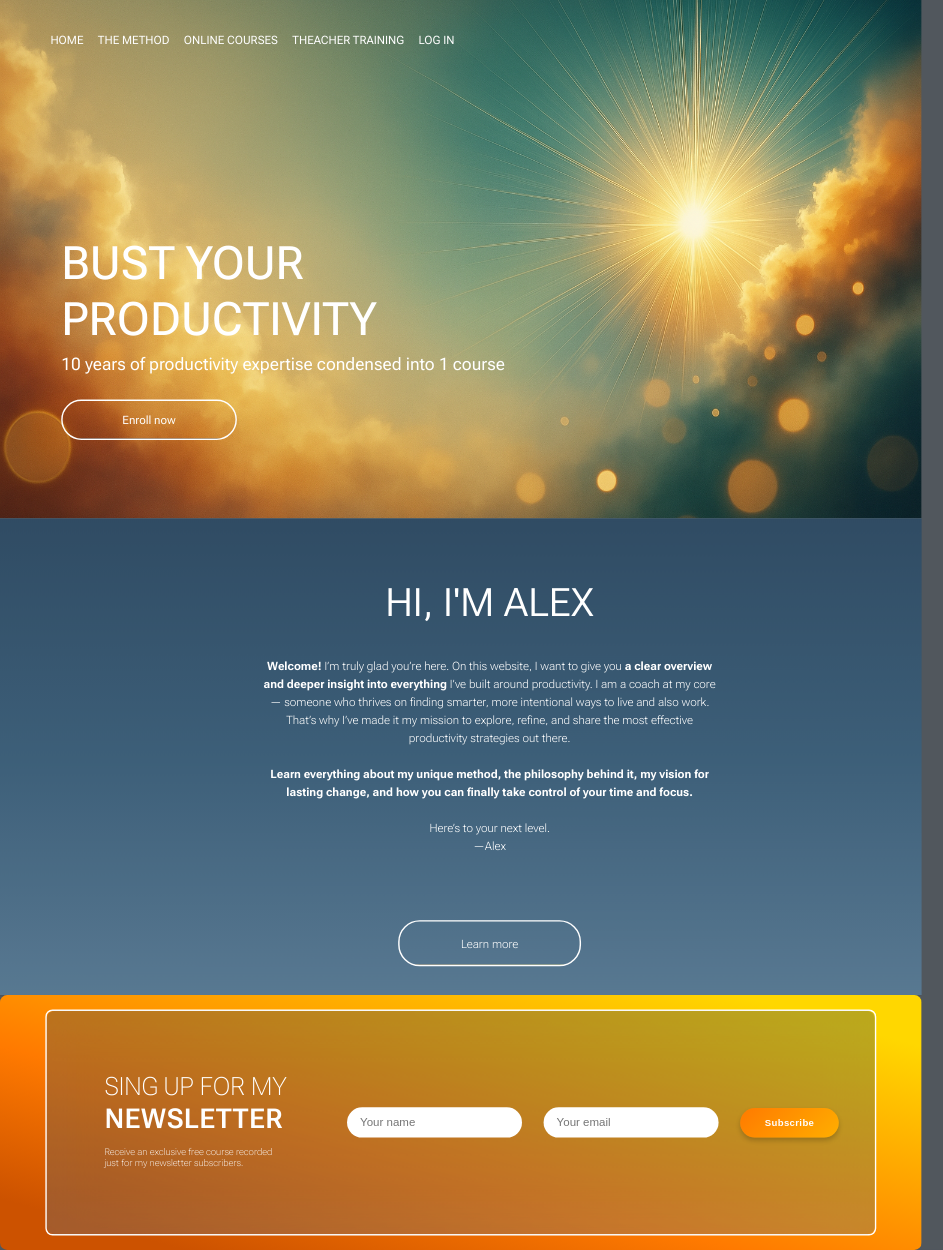
Repository: Parnicoza/testecomplete
Page: Productivity.copie.html
The author's editor kept a copy of each file at every save. The page is drawn from the files as they stood at one save, then again after the next save.
The browser window is 1280 px wide. The page is 1310 px wide, then 1280 px, then 1310 px, so the pictures cover 1310 px, including what lies to the right of the window. The pictures show the whole page, at 72% of full size.

Above is the page before, as saved 2025-05-29 12:57:11.

### Productivity.copie.html
<!DOCTYPE html>
<html lang="en">

<head>
    <meta charset="utf-8">
    <title>Productivity</title>
    <link rel="stylesheet" href="stilizaretestcomplet-14.css">
    <link rel="icon" href="imaginitestecomplete/dashboard.ico">
    <link rel="stylesheet" href="peoductivitate.css">
    <meta name="viewport" content="width=device-width, initial-scale=1.0">
    <meta charset="UTF-8">
    <link rel="preconnect" href="https://fonts.googleapis.com">
    <link rel="preconnect" href="https://fonts.gstatic.com" crossorigin>
    <link href="https://fonts.googleapis.com/css2?family=Roboto+Flex:opsz,wght@8..144,100..1000&display=swap"
        rel="stylesheet">
</head>

<body>
    <header>
        <nav>
            <ul class="nav-links">
                <li><a href="">HOME</a></li>
                <li><a href="">THE METHOD </a></li>
                <li><a href="">ONLINE COURSES</a></li>
                <li><a href="">THEACHER TRAINING</a></li>
                <li><a href="">LOG IN</a></li>
            </ul>
        </nav>
    </header>
    <div class="hero-section">
        <!--Acest div este pentru a separa, cu un background , the intro of the page ,cum ar venii , fata de restul paginii-->
        <figure>
            <h1 class="main-heading-pentru-productivity"> Bust Your <br>
                Productivity</h1>
            <figcaption class="caption-for-the-heading">10 years of productivity expertise condensed into 1 course
            </figcaption>
            <a class="button" href="https://www.maltemartenmethod.com/"><span>Enroll now</span></a>
        </figure>
    </div>

    <div class="background-after-hero"
        style="background: linear-gradient(to bottom, #1e3c56, #2c516d, #4a6d88), rgba(255, 255, 255, 0.08); background-blend-mode: overlay; padding: 40px; margin-top: 0;">
        <div class="HIIAMALEX">
            <h2>HI, I'M ALEX</h2>
            <p>
                <b>Welcome!</b> I’m truly glad you’re here. On this website, I want to give you <b>a clear overview and
                    deeper insight into everything</b> I’ve built around productivity. I am a coach at my core — someone
                who thrives on finding smarter, more intentional ways to live and also work. That’s why I’ve made it my
                mission to explore, refine, and share the most effective productivity strategies out there.<br>

                <br><b>Learn everything about my unique method, the philosophy behind it, my vision for lasting change,
                    and how you can finally take control of your time and focus.</b><br>

                <br>Here’s to your next level.<br>
                —Alex
                <a class="learn-more-btn" href="https://www.maltemartenmethod.com/"><span>Learn more</span></a>
            </p>
        </div>
    </div>

    <div class="newsletter"><!--ACESTA ESTE BACKROUND-UL , DIN SPATE , CEL CU ROSU-->
        <div class="newsletter-text"><!--ACESTA ESTE BORDERUL/BACKGROUND-UL CU BORDER-->
            <div class="newsletter-overlay"></div>
            <div class="text">
                <!--ACEST DIV ESTE PENTRU TEXTUL PROPRIU ZIS , AICI PUN TEXTUL SI MA OC CU PROPRIETATILE LUI-->
                <p class="singup">
                    SING UP FOR MY<br>
                    <span class="span">NEWSLETTER</span><br>
                    <span style="font-size: small; display: inline-block;margin-top: 15px;">
                        Receive an exclusive free course recorded<br>
                        just for my newsletter subscribers.
                    </span>
                </p>
                <form class="newsletter-form-row">
                    <input type="text"  placeholder="Your name" required>
                    <input type="email" placeholder="Your email" required>
                    <button type="submit">Subscribe</button>
                </form>
            </div>
        </div>
    </div>
</body>

</html>

### peoductivitate.css
html,body{overflow-x:hidden;}
body{
    font-family: "Roboto Flex", sans-serif;
    margin: 0;
}

.hero-section{
    height: 100vh;
    display: flex;
    align-items: center;
    background-image: url('imaginitestecomplete/sky.png');
    background-position: center;
    background-size: cover;
    background-repeat: no-repeat;
    /* A RAMAS SA PUN BACKGROUND */
    background-size: cover;
    background-position: center;
    background-repeat: no-repeat;
    margin-bottom: 0;
    width: 100%;
}

.background-after-hero {
    background: linear-gradient(to bottom, #1e3c56, #2c516d, #4a6d88), rgba(255, 255, 255, 0.08);
    background-blend-mode: overlay;
    padding: 40px;
    margin-top: 0;
    min-height: 60vh;
    width: 100%;
    overflow-x: hidden;

}

nav{
    position: absolute;
    width: 100%;
    z-index: 1000;
    margin: 30px;
}

.nav-links{
    list-style-type: none;
    display: flex;
    justify-content: flex-start;
    gap: 20px;
}

.nav-links li a{
    text-decoration: none;
    color: white;
}

.main-heading-pentru-productivity{
    text-transform: uppercase;
    font-size: 4rem;
    color: white;
    text-align: left;
    line-height: 1.2em;
    margin-top: 220px;
    margin-left: 45px;
    margin-bottom: 10px;
    font-weight: 450;
}

.caption-for-the-heading{
    display: inline-block;
    text-align: left;
    margin-left: 45px;
    font-size: x-large;
    color: white;
}

.HIIAMALEX{
    color: white;
    text-align: center;
}

.HIIAMALEX h2{
    font-weight: 330;
    font-size: 3.4em;
}

.HIIAMALEX p{
    font-weight: 200;
    width: 50%;
    text-align: center;
    margin: 0 auto;
    line-height: 25px;
}

.button{
    background: transparent;
   border: 2px solid white;
    border-radius: 30px;
    display: flex;
    justify-content: center;
    align-items: center;
    text-align: center;
    width: 240px;
    height: 52px;
    margin-top: 35px;
    margin-left: 45px;
    color: white;
    text-decoration: none;
    position: relative;
    overflow: hidden;
    z-index: 1;
}

.button::before {
    content: "";
    position: absolute;
    bottom: -100%;         /* de jos, complet ascuns la început */
    left: 0;
    width: 100%;
    height: 100%;
    background: linear-gradient(to bottom, #1e3c56, #2c516d, #4a6d88), rgba(255, 255, 255, 0.08);
    transition: bottom 0.4s ease;
    z-index: 0;
}
.button:hover::before {
    bottom: 0;  /* se ridică complet peste buton */
}
.button span {
    position: relative;
    z-index: 2;
}

.learn-more-btn{
    background: transparent;
    border: 2px solid white;
    border-radius: 30px;
    display: flex;
    align-items: center;
    justify-content: center;
    text-align: center;
    width: 250px;
    height: 60px;
    margin: 0 auto;
    position: relative;
    overflow: hidden;
    z-index: 1;
    color: white;
    text-decoration: none;
    margin-top: 90px;
}

.learn-more-btn::before{
    content: "";
    position: absolute;
    bottom: -100%;         /* de jos, complet ascuns la început */
    left: 0;
    width: 100%;
    height: 100%;
    background: linear-gradient(to top right, #cc5200 10%, #ff7a00 40%, #ffd700 90%);
    transition: bottom 0.4s ease;
    z-index: 0;
}

.learn-more-btn:hover::before{
    bottom: 0;  /* se ridică complet peste buton */
}

.learn-more-btn span{
    position: relative;
    z-index: 2;
}

.newsletter{
    background: linear-gradient(to top right, #cc5200 10%, #ff7a00 40%, #ffd700 90%);
    min-height: 45vh;
    display: flex;
    justify-content: center;
    align-items: center;
    flex-direction: column;
    width: 100%;
    border-radius: 10px;
}
.singup {
    color: white;
    font-size: 35px;
    font-weight: 100;
    text-align: left;
    margin-left: 30px;
    line-height: 1.2;
}
.span {
    display: inline-block;
    font-weight: 600;
    width: 250px;
    text-align: left;
    font-size: 38px;
    letter-spacing: 0.5px;
}

.newsletter-text{
    border: 2px solid white;
    width: 90%;
    max-width: 1150px;
    margin: 20px auto;
    position: relative;
    border-radius: 10px;

}
.text{
    margin: 50px;
    position: relative;
    z-index: 2;
    display: flex;
    align-items: center;
    gap: 40px;
}
/* keep paragraph and form widths responsive */
.singup{
    flex: 1 1 50%;
}
.newsletter-form-row{
    flex: 0 0 auto;
}

@media (max-width: 800px){
    .text{
        flex-direction: column;
        align-items: flex-start;
        gap: 20px;
    }
}
.newsletter-overlay{
    position: absolute;
    top: 0;
    left: 0;
    width: 100%;
    height: 100%;
    background: linear-gradient(
      to bottom,
      rgba(30, 60, 86, 0.3),
      rgba(44, 81, 109, 0.3),
      rgba(74, 109, 136, 0.3)
    );
    backdrop-filter: blur(30px);
    border-radius: 4px;
    z-index: 0;
    border-radius: 10px;
}

.newsletter-form-row{
    display: flex;
    align-items: center;
    justify-content: space-between;
    gap: 30px;
}
form {
    display: flex;
    gap: 20px;
  }

  form input {
    padding: 12px 18px;
    border-radius: 25px;
    border: none;
    background-color: white;
    color: #333;
    font-size: 16px;
  }
  form input:focus {
    outline: none;
    box-shadow: 0 0 0 2px #ffa50044;
  }
  .explore-courses{
    background: linear-gradient(to bottom, #1e3c56, #2c516d, #4a6d88), rgba(255, 255, 255, 0.08);
    display: flex;
    justify-content: center;
    flex-direction: column;
    align-items: center;
    min-height: 100vh;
  }

  .explore-courses-text{
    width: 50%;
    text-align: center;
    color: white;
    margin: 0 auto;
    line-height: 25px;
    font-weight: 200;
    margin-top: 45.152px;
  }

  .explore-courses h2{
    font-weight: 330;
    font-size: 3.4em;
    color: white;
    text-align: center;
}

.course-cards{
    display: flex;
    align-items: center;
    justify-content: space-evenly;
    gap: 100px;
    margin: auto;
    margin-top: 50px;
}

.borderfortheimages{
    border-radius: 25px;
}
.scroll-appear {
    opacity: 0;
    transform: translateY(-30px);
    transition: opacity 1.5s ease, transform 1.5s ease;
}

.scroll-appear.show {
    opacity: 1;
    transform: translateY(0);
}

.join-btn {
    margin-top: 50px;      /* pushes the button down a bit */
    margin-bottom: 40px;   /* optional bottom spacing */
}

.newsletter-form-row button{
    padding: 13px 34px;
    border-radius: 25px;
    background: linear-gradient(135deg,#ff7a00 0%, #ffae00 100%);
    border: none;
    color: #ffffff;
    font-weight: 600;
    letter-spacing: 0.5px;
    cursor: pointer;
    transition: transform 0.2s ease, box-shadow 0.2s ease;
    box-shadow: 0 4px 8px rgba(0,0,0,0.2);
}
.newsletter-form-row button:hover{
    transform: translateY(-3px);
    box-shadow: 0 6px 12px rgba(0,0,0,0.25);
}
.newsletter-form-row button:active{
    transform: translateY(-1px);
    box-shadow: 0 3px 6px rgba(0,0,0,0.2);
}

Loaded but not shown: stilizaretestcomplet-14.css (207 lines, source omitted)

After the next save:
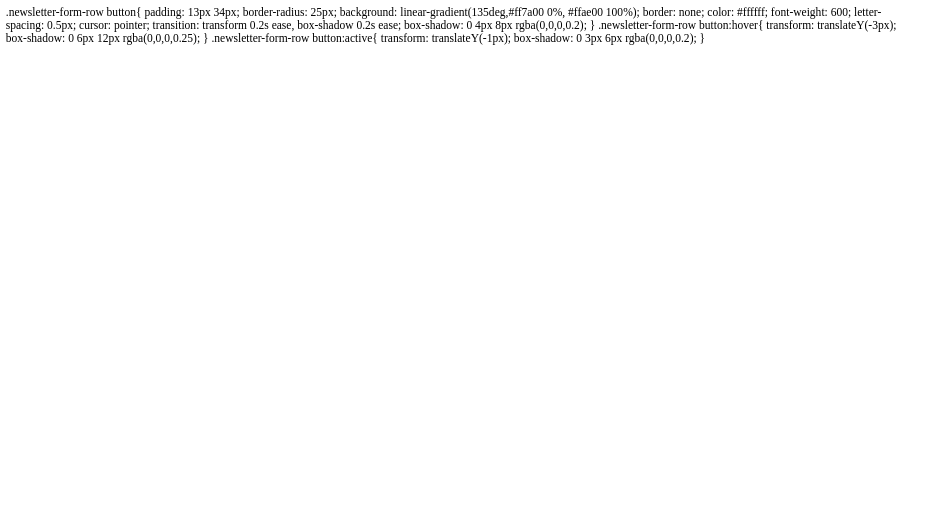
Saved 1 s later.
--- a/Productivity.copie.html
+++ b/Productivity.copie.html
@@ -1,84 +1,20 @@
-<!DOCTYPE html>
-<html lang="en">
-
-<head>
-    <meta charset="utf-8">
-    <title>Productivity</title>
-    <link rel="stylesheet" href="stilizaretestcomplet-14.css">
-    <link rel="icon" href="imaginitestecomplete/dashboard.ico">
-    <link rel="stylesheet" href="peoductivitate.css">
-    <meta name="viewport" content="width=device-width, initial-scale=1.0">
-    <meta charset="UTF-8">
-    <link rel="preconnect" href="https://fonts.googleapis.com">
-    <link rel="preconnect" href="https://fonts.gstatic.com" crossorigin>
-    <link href="https://fonts.googleapis.com/css2?family=Roboto+Flex:opsz,wght@8..144,100..1000&display=swap"
-        rel="stylesheet">
-</head>
-
-<body>
-    <header>
-        <nav>
-            <ul class="nav-links">
-                <li><a href="">HOME</a></li>
-                <li><a href="">THE METHOD </a></li>
-                <li><a href="">ONLINE COURSES</a></li>
-                <li><a href="">THEACHER TRAINING</a></li>
-                <li><a href="">LOG IN</a></li>
-            </ul>
-        </nav>
-    </header>
-    <div class="hero-section">
-        <!--Acest div este pentru a separa, cu un background , the intro of the page ,cum ar venii , fata de restul paginii-->
-        <figure>
-            <h1 class="main-heading-pentru-productivity"> Bust Your <br>
-                Productivity</h1>
-            <figcaption class="caption-for-the-heading">10 years of productivity expertise condensed into 1 course
-            </figcaption>
-            <a class="button" href="https://www.maltemartenmethod.com/"><span>Enroll now</span></a>
-        </figure>
-    </div>
-
-    <div class="background-after-hero"
-        style="background: linear-gradient(to bottom, #1e3c56, #2c516d, #4a6d88), rgba(255, 255, 255, 0.08); background-blend-mode: overlay; padding: 40px; margin-top: 0;">
-        <div class="HIIAMALEX">
-            <h2>HI, I'M ALEX</h2>
-            <p>
-                <b>Welcome!</b> I’m truly glad you’re here. On this website, I want to give you <b>a clear overview and
-                    deeper insight into everything</b> I’ve built around productivity. I am a coach at my core — someone
-                who thrives on finding smarter, more intentional ways to live and also work. That’s why I’ve made it my
-                mission to explore, refine, and share the most effective productivity strategies out there.<br>
-
-                <br><b>Learn everything about my unique method, the philosophy behind it, my vision for lasting change,
-                    and how you can finally take control of your time and focus.</b><br>
-
-                <br>Here’s to your next level.<br>
-                —Alex
-                <a class="learn-more-btn" href="https://www.maltemartenmethod.com/"><span>Learn more</span></a>
-            </p>
-        </div>
-    </div>
-
-    <div class="newsletter"><!--ACESTA ESTE BACKROUND-UL , DIN SPATE , CEL CU ROSU-->
-        <div class="newsletter-text"><!--ACESTA ESTE BORDERUL/BACKGROUND-UL CU BORDER-->
-            <div class="newsletter-overlay"></div>
-            <div class="text">
-                <!--ACEST DIV ESTE PENTRU TEXTUL PROPRIU ZIS , AICI PUN TEXTUL SI MA OC CU PROPRIETATILE LUI-->
-                <p class="singup">
-                    SING UP FOR MY<br>
-                    <span class="span">NEWSLETTER</span><br>
-                    <span style="font-size: small; display: inline-block;margin-top: 15px;">
-                        Receive an exclusive free course recorded<br>
-                        just for my newsletter subscribers.
-                    </span>
-                </p>
-                <form class="newsletter-form-row">
-                    <input type="text"  placeholder="Your name" required>
-                    <input type="email" placeholder="Your email" required>
-                    <button type="submit">Subscribe</button>
-                </form>
-            </div>
-        </div>
-    </div>
-</body>
-
-</html>
+.newsletter-form-row button{
+    padding: 13px 34px;
+    border-radius: 25px;
+    background: linear-gradient(135deg,#ff7a00 0%, #ffae00 100%);
+    border: none;
+    color: #ffffff;
+    font-weight: 600;
+    letter-spacing: 0.5px;
+    cursor: pointer;
+    transition: transform 0.2s ease, box-shadow 0.2s ease;
+    box-shadow: 0 4px 8px rgba(0,0,0,0.2);
+}
+.newsletter-form-row button:hover{
+    transform: translateY(-3px);
+    box-shadow: 0 6px 12px rgba(0,0,0,0.25);
+}
+.newsletter-form-row button:active{
+    transform: translateY(-1px);
+    box-shadow: 0 3px 6px rgba(0,0,0,0.2);
+}

After the 2 saves that followed:
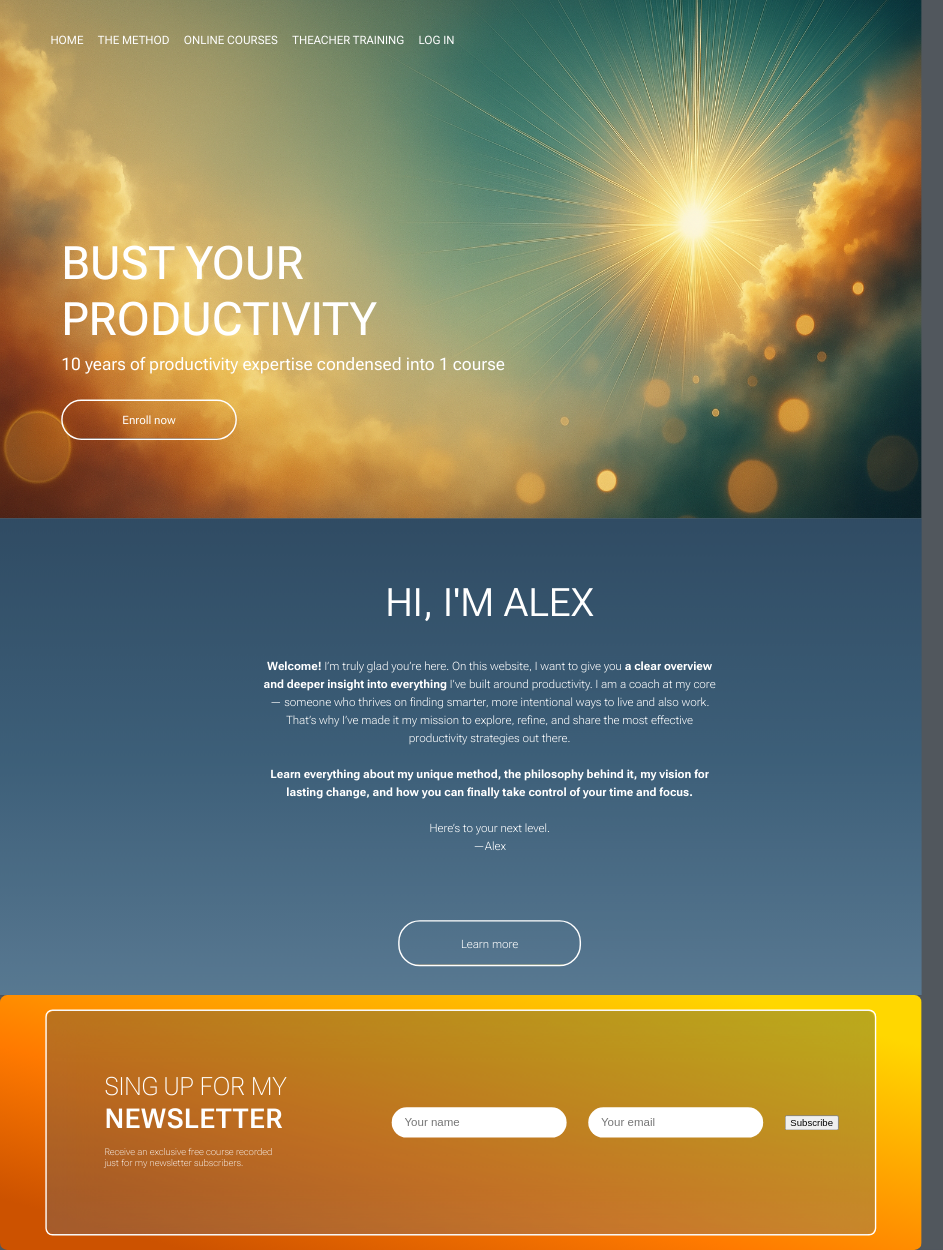
The 2 saves are shown as one change because 1 left the picture as it was.
The last was saved 10 s later.
--- a/Productivity.copie.html
+++ b/Productivity.copie.html
@@ -1,20 +1,84 @@
-.newsletter-form-row button{
-    padding: 13px 34px;
-    border-radius: 25px;
-    background: linear-gradient(135deg,#ff7a00 0%, #ffae00 100%);
-    border: none;
-    color: #ffffff;
-    font-weight: 600;
-    letter-spacing: 0.5px;
-    cursor: pointer;
-    transition: transform 0.2s ease, box-shadow 0.2s ease;
-    box-shadow: 0 4px 8px rgba(0,0,0,0.2);
-}
-.newsletter-form-row button:hover{
-    transform: translateY(-3px);
-    box-shadow: 0 6px 12px rgba(0,0,0,0.25);
-}
-.newsletter-form-row button:active{
-    transform: translateY(-1px);
-    box-shadow: 0 3px 6px rgba(0,0,0,0.2);
-}
+<!DOCTYPE html>
+<html lang="en">
+
+<head>
+    <meta charset="utf-8">
+    <title>Productivity</title>
+    <link rel="stylesheet" href="stilizaretestcomplet-14.css">
+    <link rel="icon" href="imaginitestecomplete/dashboard.ico">
+    <link rel="stylesheet" href="peoductivitate.css">
+    <meta name="viewport" content="width=device-width, initial-scale=1.0">
+    <meta charset="UTF-8">
+    <link rel="preconnect" href="https://fonts.googleapis.com">
+    <link rel="preconnect" href="https://fonts.gstatic.com" crossorigin>
+    <link href="https://fonts.googleapis.com/css2?family=Roboto+Flex:opsz,wght@8..144,100..1000&display=swap"
+        rel="stylesheet">
+</head>
+
+<body>
+    <header>
+        <nav>
+            <ul class="nav-links">
+                <li><a href="">HOME</a></li>
+                <li><a href="">THE METHOD </a></li>
+                <li><a href="">ONLINE COURSES</a></li>
+                <li><a href="">THEACHER TRAINING</a></li>
+                <li><a href="">LOG IN</a></li>
+            </ul>
+        </nav>
+    </header>
+    <div class="hero-section">
+        <!--Acest div este pentru a separa, cu un background , the intro of the page ,cum ar venii , fata de restul paginii-->
+        <figure>
+            <h1 class="main-heading-pentru-productivity"> Bust Your <br>
+                Productivity</h1>
+            <figcaption class="caption-for-the-heading">10 years of productivity expertise condensed into 1 course
+            </figcaption>
+            <a class="button" href="https://www.maltemartenmethod.com/"><span>Enroll now</span></a>
+        </figure>
+    </div>
+
+    <div class="background-after-hero"
+        style="background: linear-gradient(to bottom, #1e3c56, #2c516d, #4a6d88), rgba(255, 255, 255, 0.08); background-blend-mode: overlay; padding: 40px; margin-top: 0;">
+        <div class="HIIAMALEX">
+            <h2>HI, I'M ALEX</h2>
+            <p>
+                <b>Welcome!</b> I’m truly glad you’re here. On this website, I want to give you <b>a clear overview and
+                    deeper insight into everything</b> I’ve built around productivity. I am a coach at my core — someone
+                who thrives on finding smarter, more intentional ways to live and also work. That’s why I’ve made it my
+                mission to explore, refine, and share the most effective productivity strategies out there.<br>
+
+                <br><b>Learn everything about my unique method, the philosophy behind it, my vision for lasting change,
+                    and how you can finally take control of your time and focus.</b><br>
+
+                <br>Here’s to your next level.<br>
+                —Alex
+                <a class="learn-more-btn" href="https://www.maltemartenmethod.com/"><span>Learn more</span></a>
+            </p>
+        </div>
+    </div>
+
+    <div class="newsletter"><!--ACESTA ESTE BACKROUND-UL , DIN SPATE , CEL CU ROSU-->
+        <div class="newsletter-text"><!--ACESTA ESTE BORDERUL/BACKGROUND-UL CU BORDER-->
+            <div class="newsletter-overlay"></div>
+            <div class="text">
+                <!--ACEST DIV ESTE PENTRU TEXTUL PROPRIU ZIS , AICI PUN TEXTUL SI MA OC CU PROPRIETATILE LUI-->
+                <p class="singup">
+                    SING UP FOR MY<br>
+                    <span class="span">NEWSLETTER</span><br>
+                    <span style="font-size: small; display: inline-block;margin-top: 15px;">
+                        Receive an exclusive free course recorded<br>
+                        just for my newsletter subscribers.
+                    </span>
+                </p>
+                <form class="newsletter-form-row">
+                    <input type="text"  placeholder="Your name" required>
+                    <input type="email" placeholder="Your email" required>
+                    <button type="submit">Subscribe</button>
+                </form>
+            </div>
+        </div>
+    </div>
+</body>
+
+</html>
--- a/peoductivitate.css
+++ b/peoductivitate.css
@@ -319,24 +319,3 @@ form {
     margin-top: 50px;      /* pushes the button down a bit */
     margin-bottom: 40px;   /* optional bottom spacing */
 }
-
-.newsletter-form-row button{
-    padding: 13px 34px;
-    border-radius: 25px;
-    background: linear-gradient(135deg,#ff7a00 0%, #ffae00 100%);
-    border: none;
-    color: #ffffff;
-    font-weight: 600;
-    letter-spacing: 0.5px;
-    cursor: pointer;
-    transition: transform 0.2s ease, box-shadow 0.2s ease;
-    box-shadow: 0 4px 8px rgba(0,0,0,0.2);
-}
-.newsletter-form-row button:hover{
-    transform: translateY(-3px);
-    box-shadow: 0 6px 12px rgba(0,0,0,0.25);
-}
-.newsletter-form-row button:active{
-    transform: translateY(-1px);
-    box-shadow: 0 3px 6px rgba(0,0,0,0.2);
-}
